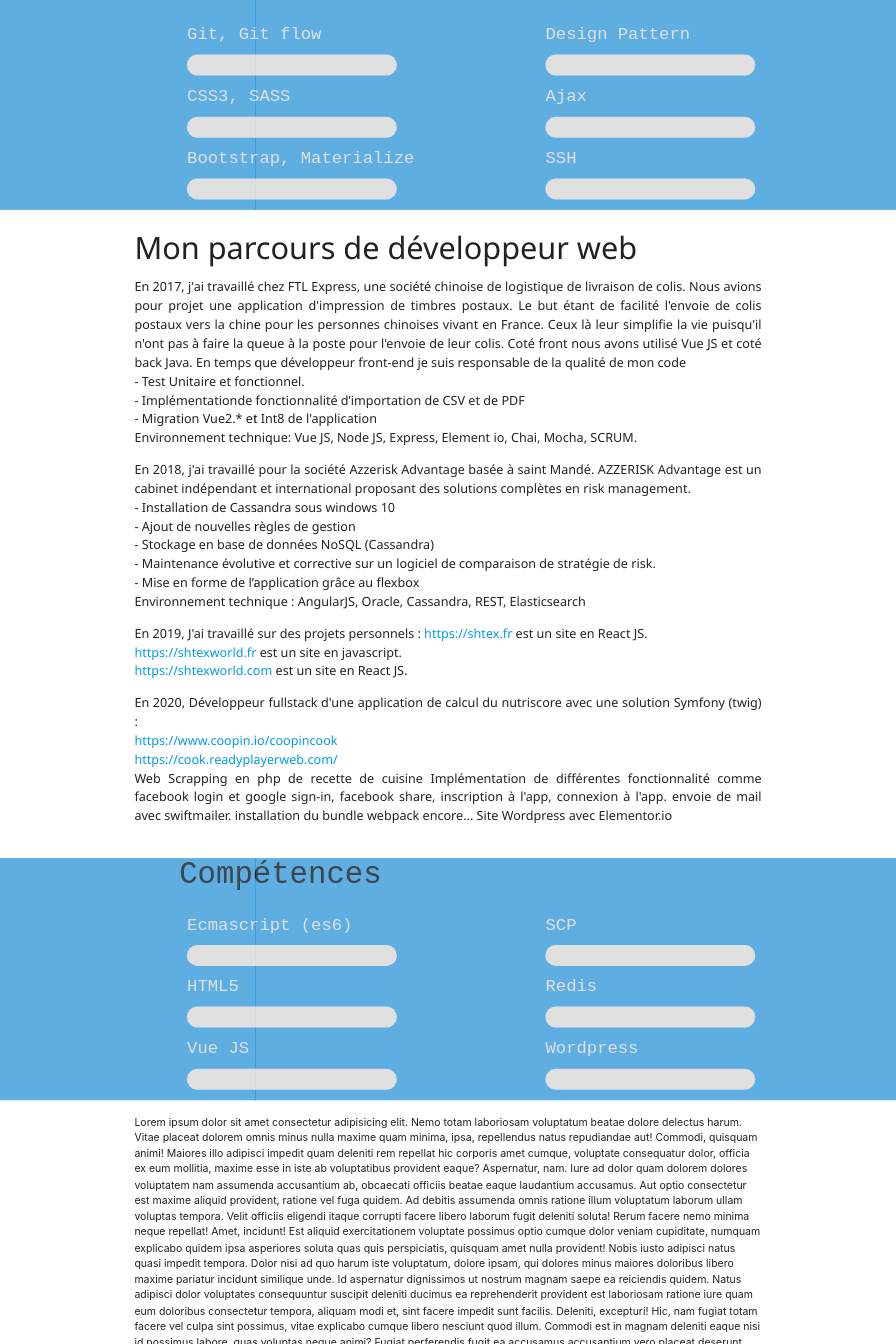
Repository: duncanidaho14/elhad
Page: index.html
An editor plug-in stored every save of this project. The page is shown before and after the next save, followed by the edit.
The browser window is 1280 px wide. The pictures show the part of the page from y = 2767 to 4687 px (the page is 5919 px tall), at 70% of full size.

Above is the page before, as saved 2020-10-26 02:20:25.

After the next save:
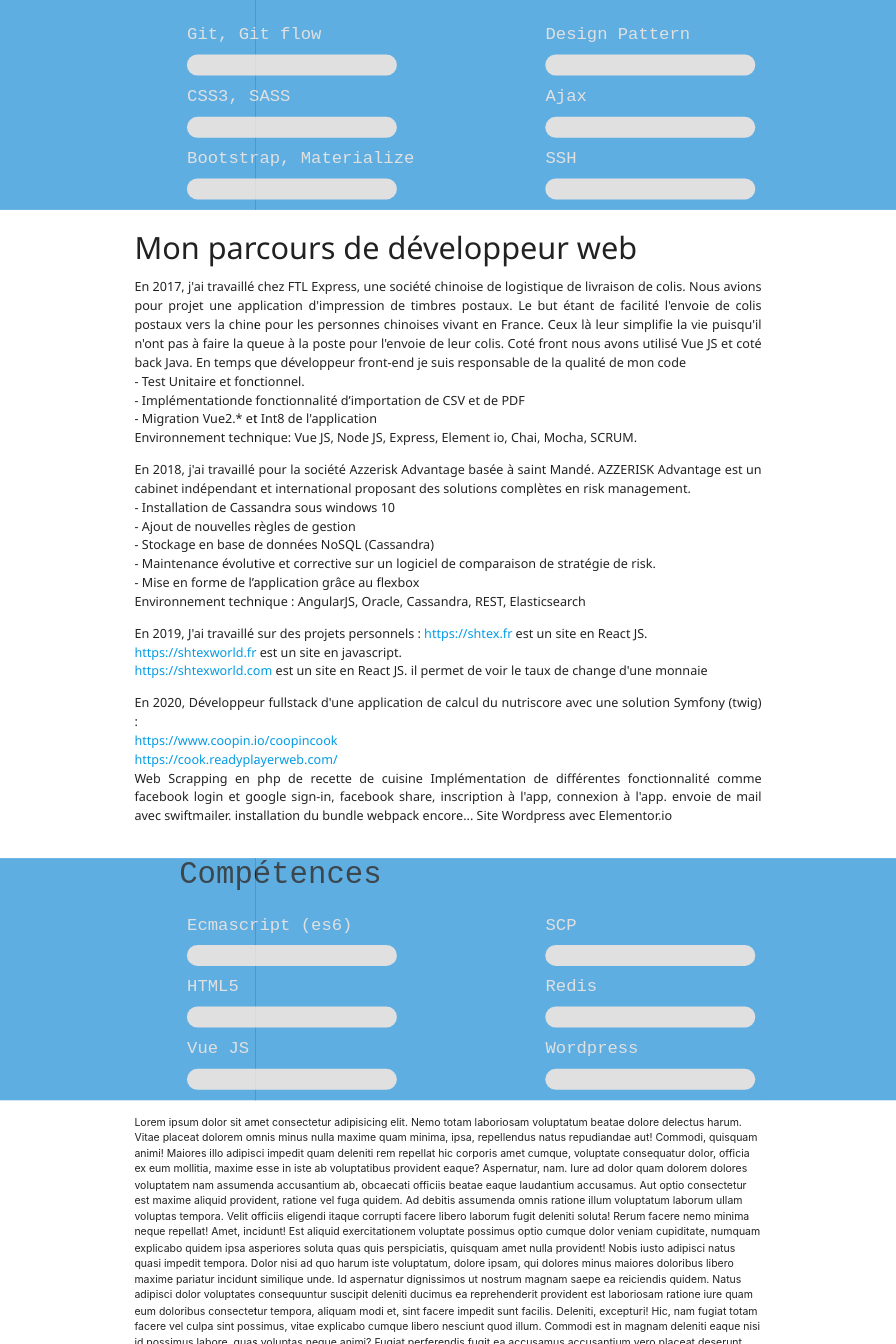
Saved 29 s later.
--- a/index.html
+++ b/index.html
@@ -233,7 +233,7 @@
             <p>En 2019, J'ai travaillé sur des projets personnels :
                 <a href="https://shtex.fr" target="_blank">https://shtex.fr</a> est un site en React JS. <br>
                 <a href="http://shtexworld.fr" target="_blank">https://shtexworld.fr</a> est un site en javascript.<br>
-                <a href="http://shtexworld.com"target="_blank" >https://shtexworld.com</a> est un site en React JS.<br>
+                <a href="http://shtexworld.com"target="_blank" >https://shtexworld.com</a> est un site en React JS. il permet de voir le taux de change d'une monnaie<br>
             </p>
             <p>En 2020, Développeur fullstack d'une application de calcul du nutriscore avec une solution Symfony (twig) :
                 <br>
